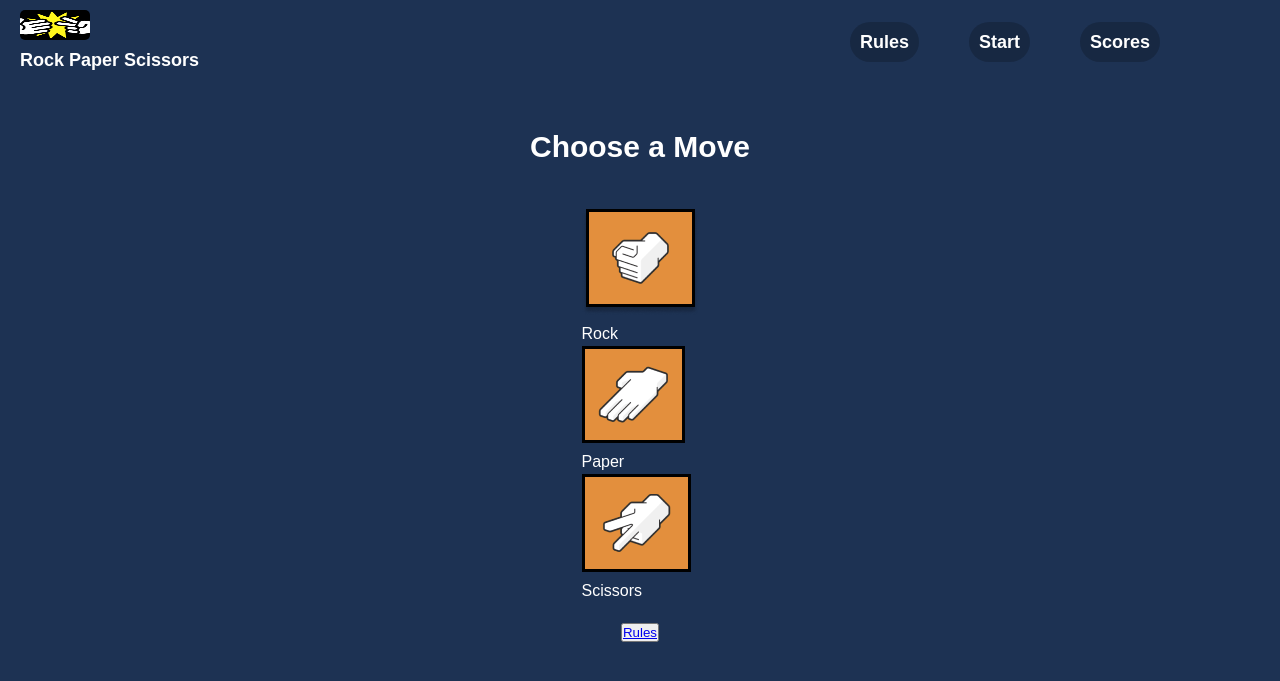
Repository: MikkyPrestige/rock-paper-scissors
Page: game.html
An editor plug-in stored every save of this project. The page is shown before and after the next save, followed by the edit.
The browser window is 1280 px wide. The pictures show the whole page.

Above is the page before, as saved 2023-05-08 06:33:52.

### game.html
<!DOCTYPE html>
<html lang="en">

<head>
  <meta charset="UTF-8">
  <meta http-equiv="X-UA-Compatible" content="IE=edge">
  <meta name="viewport" content="width=device-width, initial-scale=1.0">
  <title>Rock, Paper, Scissors</title>
  <link rel="stylesheet" href="./index.css">
</head>

<body>
  <main>
    <header>
      <figure class="headerLogo>
        <a href="/">
          <img src="./img/logo.png" alt="Logo" class="logo">
        </a>
        <figcaption class="logoCaption">Rock Paper Scissors</figcaption>
      </figure>
      <nav>
        <ul>
          <li><a href="#rule">Rules</a></li>
          <li><a href="./game.html">Start</a></li>
          <li><a href="#">Scores</a></li>
        </ul>
      </nav>
    </header>
    <section class="game">
      <h1 class="game--title">Choose a Move</h1>
      <figure>
        <img src="./img/rock.png" alt="Rock image">
        <figcaption>Rock</figcaption>
        <img src="./img/paper.png" alt="paper image">
        <figcaption>Paper</figcaption>
        <img src="./img/scissors.png" alt="scissors image">
        <figcaption>Scissors</figcaption>
      </figure>
      <button class="rule-btn">
        <a href="./index.html#rule">Rules</a>
      </button>
    </section>
  </main>
</body>

</html>

### index.css
*,
*::after,
*::before {
  box-sizing: border-box;
  margin: 0;
  padding: 0;
}

html {
  font-size: 62.5%;
}

body {
  font-family: "Fira Sans", sans-serif;
  font-size: 1.6rem;
  line-height: 1.5;
  background: rgba(29, 50, 83, 1);
  color: rgba(255, 255, 255, 1);
  width: 100%;
  height: 100%;
}

main {
  display: flex;
  flex-direction: column;
  justify-content: center;
  align-items: center;
  gap: 2rem;
  height: 100%;
  width: 100%;
}

header {
  display: flex;
  justify-content: space-between;
  align-items: center;
  padding: 1rem 2rem;
  width: 100%;
  height: auto;
}

.headerLogo {
  display: flex;
  align-items: center;
  gap: .5rem;
  height: auto;
}

.logo {
  width: 7rem;
  height: 3rem;
  border-radius: .5rem;
  -webkit-border-radius: .5rem;
  -moz-border-radius: .5rem;
  -ms-border-radius: .5rem;
  -o-border-radius: .5rem;
}

.logoCaption {
  font-size: 1.8rem;
  font-weight: 600;
  color: rgba(255, 255, 255, 1);
}

nav {
  height: auto;
  margin-right: 10rem;
}

ul {
  display: flex;
  justify-content: center;
  align-items: center;
  gap: 5rem;
  list-style: none;
}

li a {
  font-size: 1.8rem;
  font-weight: 600;
  color: rgba(255, 255, 255, 1);
  background: linear-gradient(0deg, rgba(0, 0, 0, 0.2), rgba(0, 0, 0, 0.2)), #1D3253;
  text-decoration: none;
  padding: 1rem;
  border-radius: 2rem;
}

li a:hover {
  background: rgba(255, 255, 255, 1);
  color: rgba(29, 50, 83, 1);
  text-decoration: underline;
}

.home {
  display: flex;
  justify-content: center;
  align-items: center;
  width: 100%;
  height: 70vh;
}

.images {
  position: relative;
  height: 100%;
  flex-basis: 30%;
}

.img {
  background: rgba(253, 253, 253, 0.9);
  border-radius: 50%;
  -webkit-border-radius: 50%;
  -moz-border-radius: 50%;
  -ms-border-radius: 50%;
  -o-border-radius: 50%;
  width: 15rem;
  height: 15rem;
}

.rock {
  position: absolute;
  top: 5rem;
  left: 0rem;
}

.paper {
  position: absolute;
  top: 5rem;
  right: 5rem;
}

.scissors {
  position: absolute;
  bottom: 5rem;
  left: 8rem;
}

.content {
  display: flex;
  flex-direction: column;
  justify-content: center;
  align-items: center;
  gap: 2rem;
}

.content--title {
  font-size: 3.6rem;
  font-weight: 600;
  width: 70%;
  text-transform: uppercase;
}

.content-rock {
  color: rgba(195, 183, 183, 1);
}

.content-scissors {
  color: rgba(233, 35, 35, 1);
}

.content--text {
  font-size: 2.5rem;
  font-weight: 400;
  width: 70%;
}

.fun {
  color: rgba(233, 35, 35, 1);
}

.btn {
  width: 13rem;
  height: 5rem;
  background: #2C7AF0;
  border-radius: 1rem;
  -webkit-border-radius: 1rem;
  -moz-border-radius: 1rem;
  -ms-border-radius: 1rem;
  -o-border-radius: 1rem;
  border: none;
  margin-top: 5rem;
  transition: all .3s ease-in-out;
  -webkit-transition: all .3s ease-in-out;
  -moz-transition: all .3s ease-in-out;
  -ms-transition: all .3s ease-in-out;
  -o-transition: all .3s ease-in-out;
}

.btn a {
  text-decoration: none;
  font-size: 2rem;
  color: rgba(255, 255, 255, 1);
  cursor: pointer;
}

.btn a:hover {
  color: rgba(44, 122, 240, 1);
}

.btn:hover {
  background: rgba(255, 255, 255, .7);
}

.rule {
  width: 100%;
  height: 100%;
  background: #D0CEC9;
}

.rule--container {
  display: flex;
  flex-direction: column;
  justify-content: center;
  align-items: center;
  gap: 1rem;
  margin: 2rem;
}

.rule--title {
  font-size: 3rem;
  font-weight: 600;
  color: #000;
}

.rule--content {
  display: flex;
  justify-content: space-around;
  align-items: center;
}

.rule--img {
  width: 35rem;
  height: 35rem;
}

.rule--para {
  background: #C4C4C4;
  width: 50%;
  text-align: center;
  padding: 2rem 5rem;
  border-radius: 3rem;
  -webkit-border-radius: 3rem;
  -moz-border-radius: 3rem;
  -ms-border-radius: 3rem;
  -o-border-radius: 3rem;
  display: flex;
  flex-direction: column;
  justify-content: center;
  align-items: center;
  gap: 1rem;
}

.rule--text {
  color: rgba(0, 163, 255, 1);
}

.game {
  display: flex;
  flex-direction: column;
  justify-content: center;
  align-items: center;
  gap: 2rem;
  width: 100%;
  height: 100%;
}

.game--title {
  font-size: 3rem;
  font-weight: 600;
  margin: 2rem;
}

footer {
  margin: 1rem auto;
}

.footer--text {
  font-family: "Inter";
}

.footer--link {
  color: rgba(44, 122, 240, 1);
  text-decoration: none;
}

After the next save:
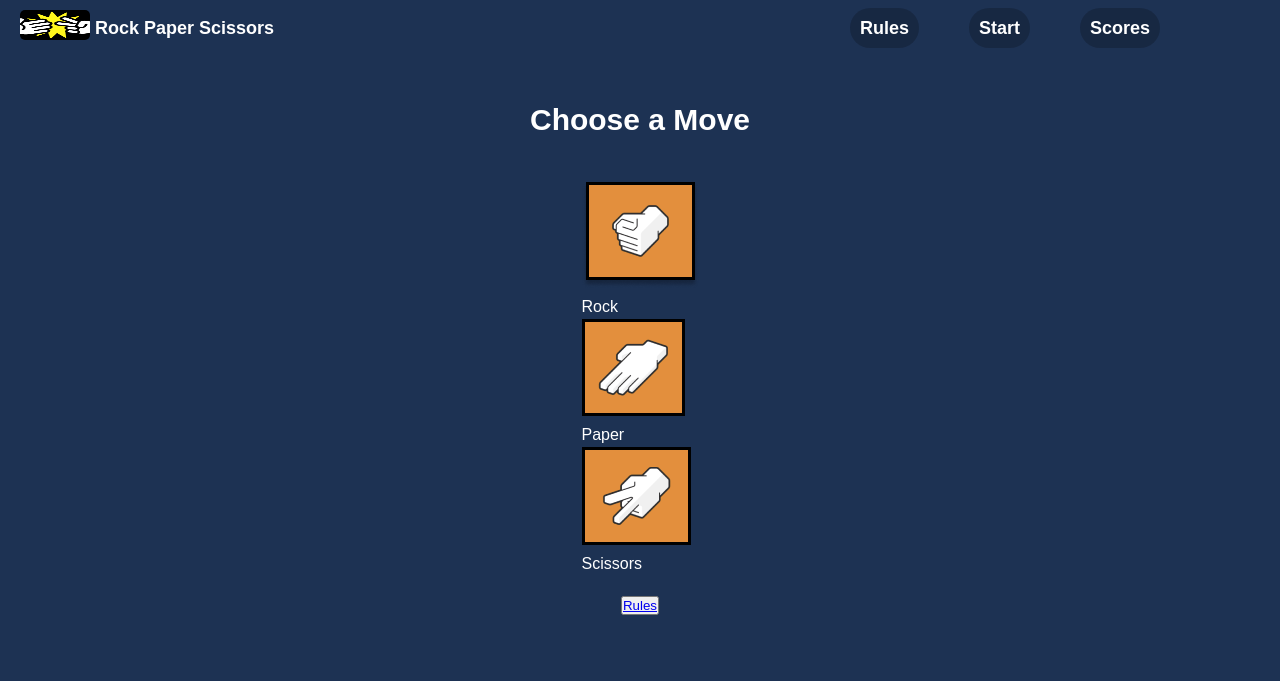
Saved 93 s later.
--- a/game.html
+++ b/game.html
@@ -12,7 +12,7 @@
 <body>
   <main>
     <header>
-      <figure class="headerLogo>
+      <figure class="headerLogo">
         <a href="/">
           <img src="./img/logo.png" alt="Logo" class="logo">
         </a>
